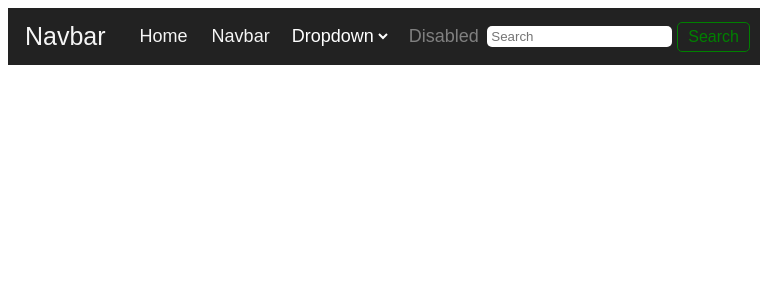
Repository: CryptoFamilyNFT/develhope
Page: css/navbar/navbar.html
The author's editor kept a copy of each file at every save. The page is drawn from the files as they stood at one save, then again after the next save.
The browser window is 768 px wide. The pictures show the whole page.

Above is the page before, as saved 2024-11-18 10:23:05.

### css/navbar/navbar.html
<!DOCTYPE html>
<html lang="en">

<head>
    <meta charset="UTF-8">
    <meta name="viewport" content="width=device-width, initial-scale=1.0">
    <title>Esercizio Navbar</title>
    <link rel="stylesheet" href="navbar.css">
</head>

<body>
    <header>
        <nav>
            <div class="GridBar">
                <div class="LogoText">
                    <button class="LogoButton">
                        Navbar
                    </button>
                </div>
                <div class="BarSideLeft">
                    <ul>
                        <li>
                            <button class="NavButton">
                                Home
                            </button>
                        </li>
                        <li>
                            <button class="NavButton">
                                Navbar
                            </button>
                        </li>
                        <li>
                            <select>
                                <option value="Dropdown">
                                    <div class="text">Dropdown</div>
                                </option>
                                <hr />
                                <option value="FAQ">FAQ</option>
                                <option value="T&C">T&C</option>
                            </select>
                        </li>
                        <li>
                            <button disabled class="NavButtonDisabled">
                                Disabled
                            </button>
                        </li>
                    </ul>
                </div>
                <div class="RightSideBar">
                    <input placeholder="Search">
                    <button class="buttonSearch">
                        Search
                    </button>
                </div>
            </div>
        </nav>
    </header>
    <main>
        <!-- Contento main -->
    </main>
    <footer>
        <!-- Contento footer -->
    </footer>
</body>

</html>

### css/navbar/navbar.css
nav {
    background-color: #222;
    display: flex;
    flex-direction: row;
    height: 50px;
    width: 100%;
    @media screen and (max-width: 780px) {
        flex-direction: column;
        height: auto;

    }
}

ul {
    list-style-type: none;
    display: flex;
    flex-direction: row;
    padding-inline-start: 10px;
    gap: 10px;
}

.BarSideLeft {
    padding-left: 10px;
}

select {
    background-color: transparent;
    font-size: 18px;
    font-size: large;
    color: white;
    border-color: transparent;
}

select:hover {
    background-color: rgb(239, 234, 234);
    color: black;
    border-radius: 2px;
}

li {
    height: auto;
}

input {
    height: 60%;
    border: 2px solid transparent;
    border-radius: 5px;
    min-width: 50%;
    @media (max-width: 780px) {
        width: auto;
    }
}

.buttonSearch {
    padding: 5px 10px;
    height: 70%;
    background-color: transparent;
    border: 1px solid green;
    font-size: medium;
    border-radius: 5px;
    color: green
}

.GridBar {
    display: flex;
    flex-direction: row;
    grid-row: 1;
    align-items: center;
    width: 100%;
    height: 100%;
}

.RightSideBar {
    width: 100%;
    height: 100%;
    display: flex;
    flex-direction: row;
    justify-content: flex-end;
    padding-right: 10px;
    align-items: center;
    gap: 5px;
}

.LogoText {
    padding-inline-start: 10px;
}

.NavButton {
    height: auto;
    background-color: transparent;
    border: 1px solid transparent;
    font-size: large;
    color: whitesmoke;
}

.NavButton:hover {
    background-color: rgb(239, 234, 234);
    color: black;
    border-radius: 2px;
}

.LogoButton {
    height: auto;
    background-color: transparent;
    border: 1px solid transparent;
    font-size: 25px;
    color: whitesmoke;
}

.LogoButton:hover {
    background-color: rgb(239, 234, 234);
    color: black;
    border-radius: 2px;
}

.NavButtonDisabled {
    height: auto;
    background-color: transparent;
    border: 1px solid transparent;
    font-size: large;
    color: gray;
}

After the next save:
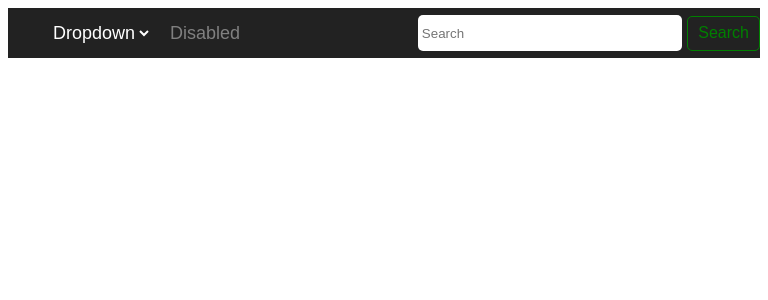
Saved 44 s later.
--- a/css/navbar/navbar.css
+++ b/css/navbar/navbar.css
@@ -4,11 +4,6 @@ nav {
     flex-direction: row;
     height: 50px;
     width: 100%;
-    @media screen and (max-width: 780px) {
-        flex-direction: column;
-        height: auto;
-
-    }
 }
 
 ul {
@@ -120,3 +115,18 @@ input {
     font-size: large;
     color: gray;
 }
+
+@media (max-width: 780px) {
+    .NavButton {
+        display: none;
+    }
+    .LogoText {
+        display: none;
+    }
+    .LogoButton {
+        display: none;
+    }
+    .RightSideBar {
+        padding-right: 0px;
+    }
+}
